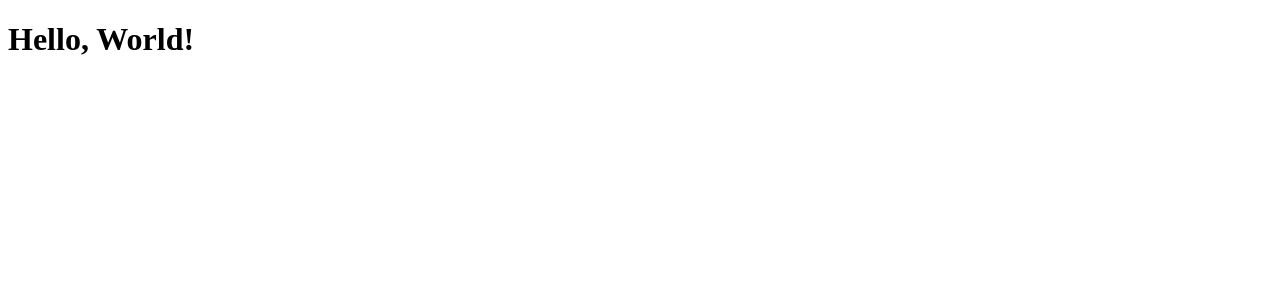
Repository: deividwsantoss/WEBD6201-W2021-Week1-lab1
Page: index.html
The author's editor kept a copy of each file at every save. The page is drawn from the files as they stood at one save, then again after the next save.
The browser window is 1280 px wide. The pictures show the whole page.

Above is the page before, as saved 2021-02-01 14:52:51.

### index.html
<!DOCTYPE html>
<html lang="en">
<head>
    <meta charset="UTF-8">
    <meta name="viewport" content="width=device-width, initial-scale=1.0">
    <title>Hello, World!</title>
    <!-- CSS SEction -->
</head>
<body>
        <div>
            <h1>Hello, World!</h1>
        </div>


    <!-- JavaScript Section -->

</body>
</html>

After the next save:
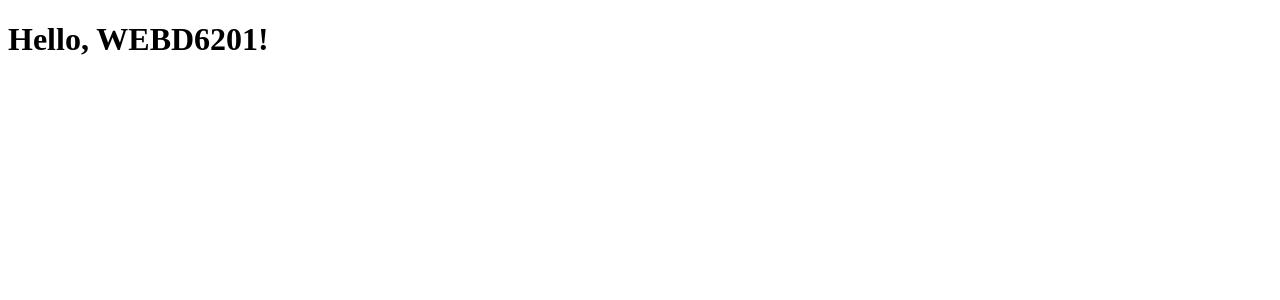
Saved 13 min 12 s later.
--- a/index.html
+++ b/index.html
@@ -8,7 +8,7 @@
 </head>
 <body>
         <div>
-            <h1>Hello, World!</h1>
+            <h1>Hello, WEBD6201!</h1>
         </div>
 
 
